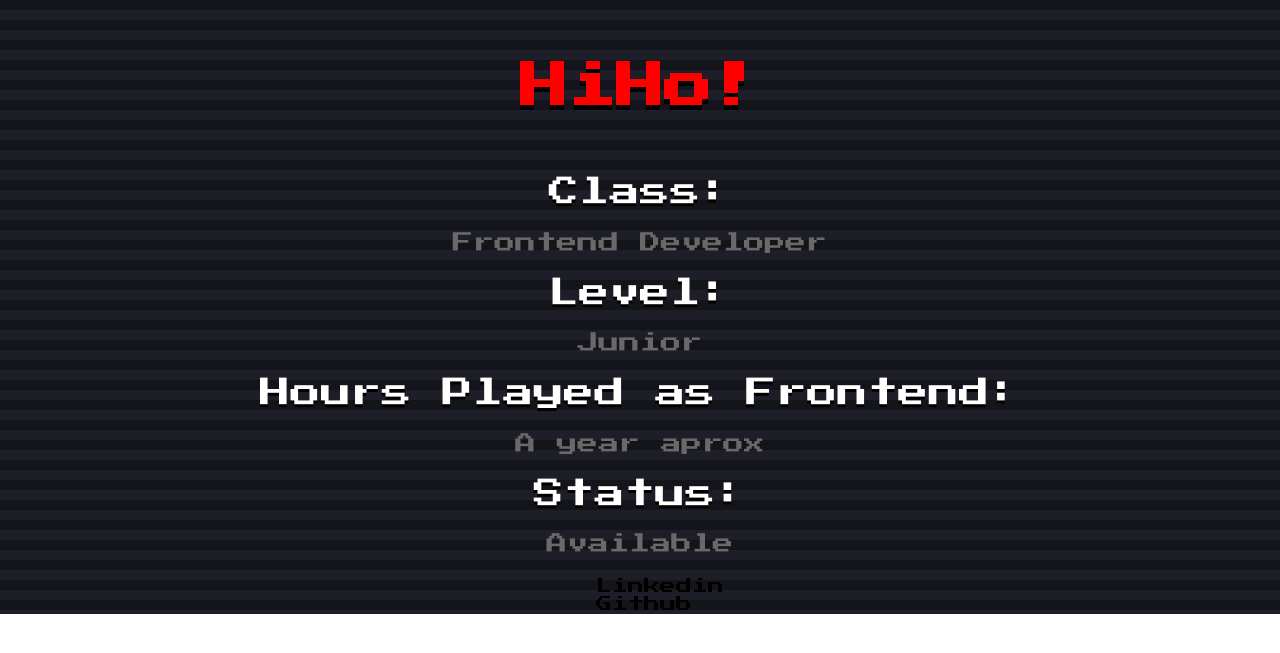
Repository: sernalab/soon
Page: index.html
These files come from the project's save history. The page is drawn as it stood at one moment and after the next save; the edit follows.
The browser window is 1280 px wide. The pictures show the whole page.

Above is the page before, as saved 2018-12-27 00:38:42.

After the next save:
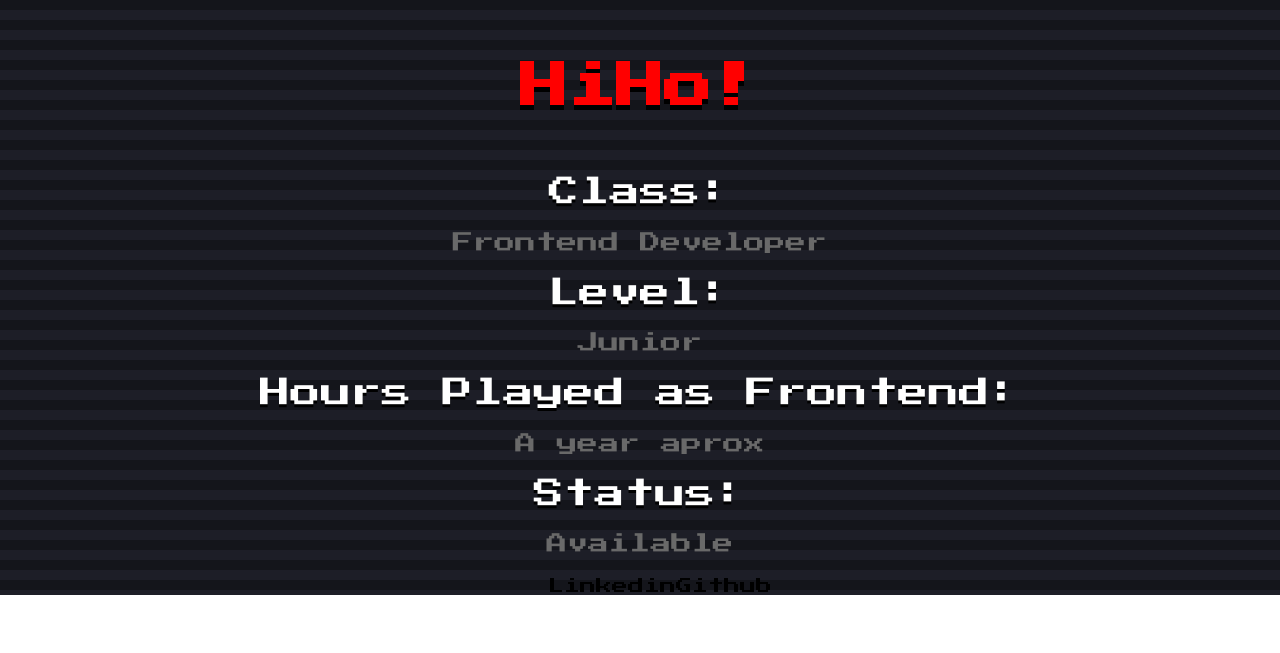
Saved 13 s later.
--- a/css/styles.css
+++ b/css/styles.css
@@ -456,4 +456,5 @@
     margin: 0;
     text-decoration: none;
     list-style: none;
-}
+    display: flex;
+}

After the 6 saves that followed:
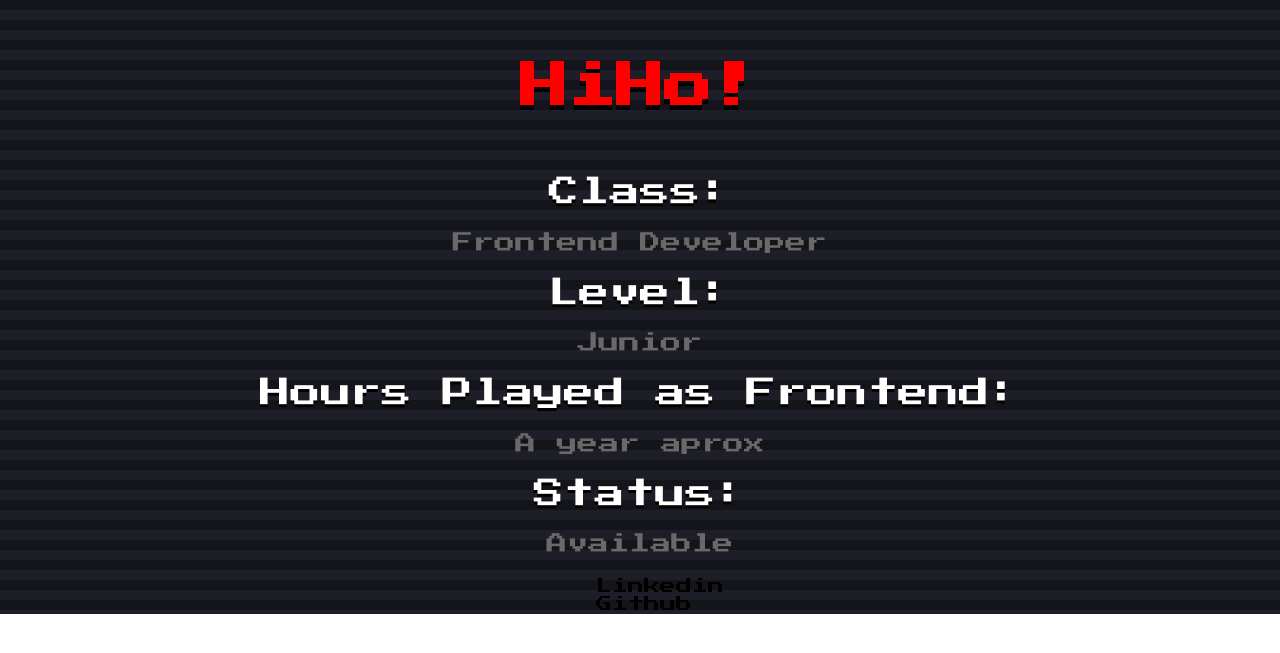
The 6 saves are shown as one change because 5 left the picture as it was.
The last was saved 5 min 32 s later.
--- a/css/styles.css
+++ b/css/styles.css
@@ -456,5 +456,7 @@
     margin: 0;
     text-decoration: none;
     list-style: none;
-    display: flex;
-}
+    display: inline-block;
+}
+
+li {}
